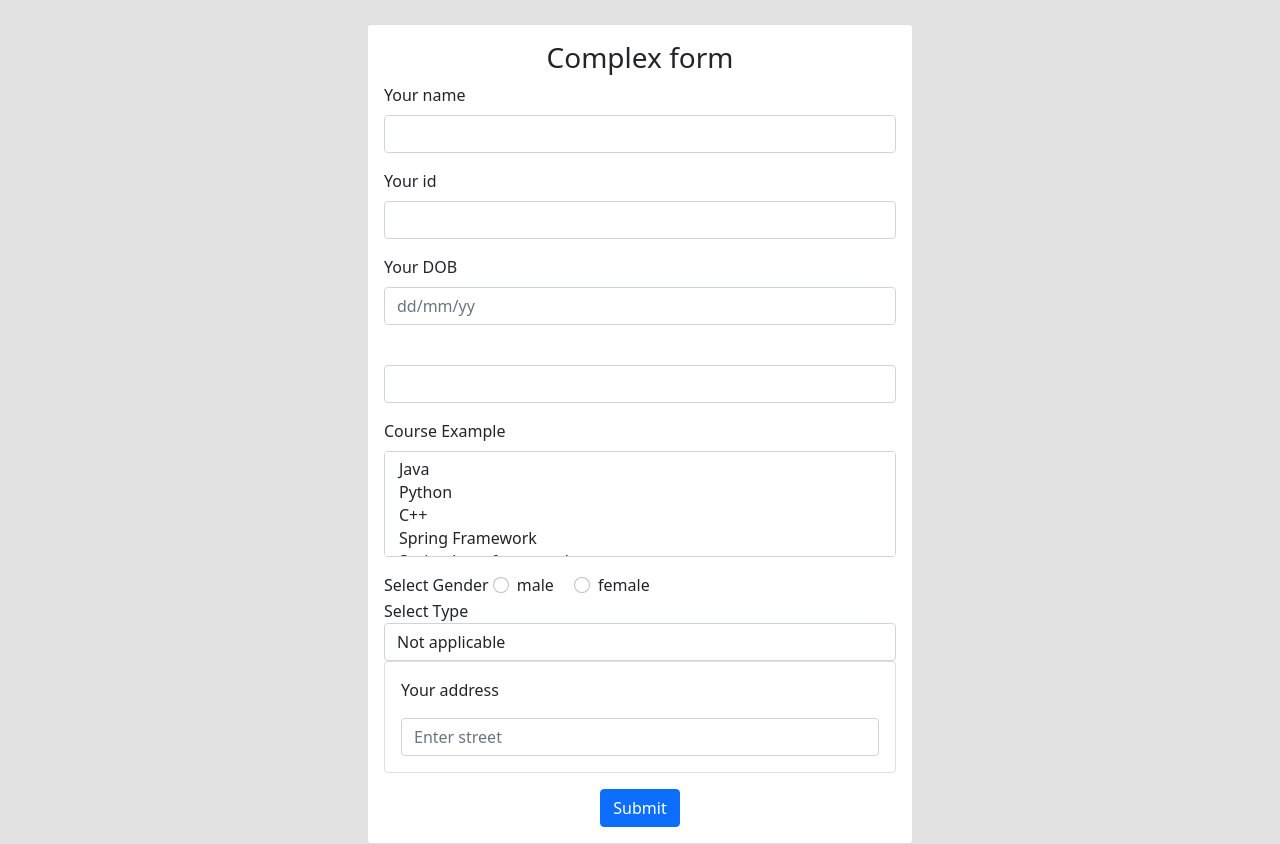
Repository: himanshurai26/Spring-Framewrok-code-
Page: http://localhost/SpringMvcSearch/WEB-INF/views/complex-form.jsp
The author's editor kept a copy of each file at every save. The page is drawn from the files as they stood at one save, then again after the next save.
The browser window is 1280 px wide. The pictures show the whole page.
The page is served by Tomcat 9. Nobody is signed in. Other server files are loaded and not shown. The template is opened directly, without the code that normally fills it, so the values that code supplies are empty.

Above is the page before, as saved 2023-07-28 18:10:31.

### SpringMVC/SpringMvcSearch/src/main/webapp/WEB-INF/views/complex-form.jsp
<!doctype html>
<html lang="en">
  <head>
    <!-- Required meta tags -->
    <meta charset="utf-8">
    <meta name="viewport" content="width=device-width, initial-scale=1">

    <!-- Bootstrap CSS -->
    <link href="https://cdn.jsdelivr.net/npm/bootstrap@5.0.2/dist/css/bootstrap.min.css" rel="stylesheet" integrity="sha384-EVSTQN3/azprG1Anm3QDgpJLIm9Nao0Yz1ztcQTwFspd3yD65VohhpuuCOmLASjC" crossorigin="anonymous">

    <title>Complex form</title>
  </head>
  <body class="" style="background: #e2e2e2;">

   <div class="container mt-4">

   <div class="row">
   <div class="col-md-6 offset-md-3">
   <div class="card">
   <div class="card-body">
   <h3 class="text-center">Complex form</h3>
   <form action="handleform" method="post" >

   <div class="form-group">

  <div class="mb-3">
    <label for="exampleInputEmail1" class="form-label">Your name</label>
    <input type="text" class="form-control" id="exampleInputEmail1" name="name" aria-describedby="emailHelp">
    </div>

  <div class="mb-3">
    <label for="exampleInputId" class="form-label">Your id</label>
    <input type="text" class="form-control" id="exampleInputPassword1" name="id">
  </div>

  <div class="mb-3">
    <label for="exampleInputEmail1" class="form-label">Your DOB</label>
    <input type="text" class="form-control" id="exampleInputEmail1" name="date"  placeholder="dd/mm/yy" aria-describedby="emailHelp">
    </div>

   <div class="mb-3">
    <label for="exampleInputEmail1" class="form-label"></label>
    <input type="email" class="form-control" id="exampleInputEmail1" name="name" aria-describedby="emailHelp">
    </div>

    <div class="mb-3">
    <label for="formcontrolselect1" class="form-label">Course Example</label>
    <select
    class="form-control" id="exampleInputEmail1" name="subjects"  multiple>
 <option>Java</option>
 <option>Python</option>
 <option>C++</option>
 <option>Spring Framework</option>
 <option>Spring boot framework</option>
 <option>Jsp</option>
 </select>
    </div>

    <div class="form-group">
    <span class="mr-3">Select Gender</span>
    <div class="form-check form-check-inline">
    <input class="form-check-input"  type="radio" name="gender"
    id="inlineRadio1" value="male"><label
    class="form-check-Label" for="inlineRadio1">male
    </label>
    </div>
    <div class="form-check form-check-inline">
    <input class="form-check-input"  type="radio" name="gender"
    id="inlineRadio2" value="male"><label
    class="form-check-Label" for="inlineRadio2">female
    </label>
    </div>

    </div>

    <div class="form-group">
    <label for="">Select Type</label><select class="form-control"
    name="type">
    <option value="notapplicable">Not applicable</option>
    <option value="oldstudent">Old Student</option>
    <option value="normalstudent">Normal Student</option>
    </select>
    </div>

    <div class="card">
    <div class="card-body">

    <p>Your address</p>

    <div class="form-group">
    <input type="text" class="form-control" placeholder="Enter street" />
    </div>
    </div>

    </div>

  <div class="container text-center mt-3">
  <button type="submit" class="btn btn-primary">Submit</button>
</div>

</div>
</form>

   </div>


   </div>

   </div>
   </div>
   </div>
















    <script src="https://cdn.jsdelivr.net/npm/bootstrap@5.0.2/dist/js/bootstrap.bundle.min.js" integrity="sha384-MrcW6ZMFYlzcLA8Nl+NtUVF0sA7MsXsP1UyJoMp4YLEuNSfAP+JcXn/tWtIaxVXM" crossorigin="anonymous"></script>

  </body>
</html>

After the next save:
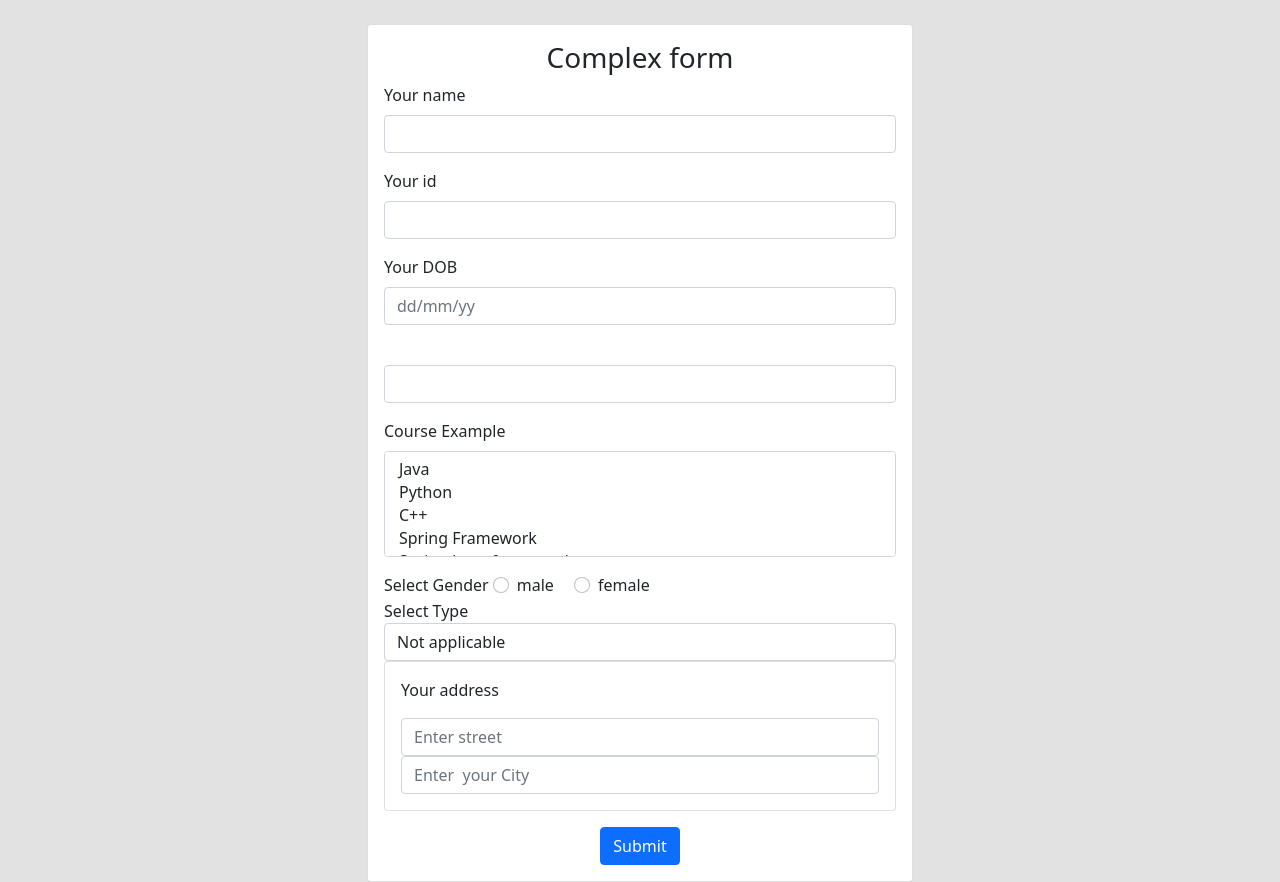
Saved 97 s later.
--- a/SpringMVC/SpringMvcSearch/src/main/webapp/WEB-INF/views/complex-form.jsp
+++ b/SpringMVC/SpringMvcSearch/src/main/webapp/WEB-INF/views/complex-form.jsp
@@ -85,10 +85,15 @@
     <div class="card">
     <div class="card-body">
 
-    <p>Your address</p>
+
+<p>Your address</p>
 
     <div class="form-group">
     <input type="text" class="form-control" placeholder="Enter street" />
+    </div>
+
+    <div class="form-group">
+    <input type="text" class="form-control" placeholder="Enter  your City" />
     </div>
     </div>
 
